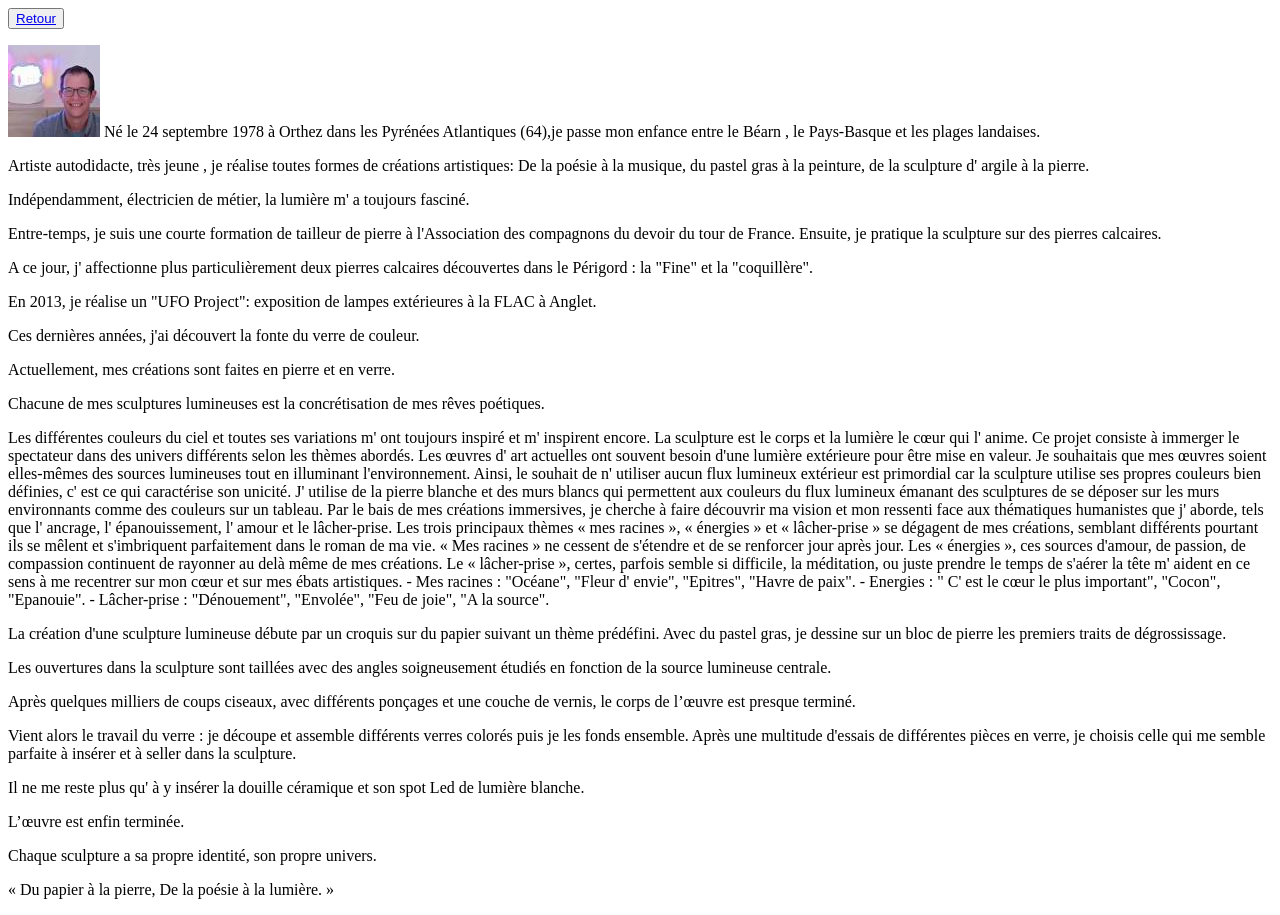
Repository: lysianebo/EricBidart
Page: presentation_more.html
The author's editor kept a copy of each file at every save. The page is drawn from the files as they stood at one save, then again after the next save.
The browser window is 1280 px wide. The pictures show the whole page.

Above is the page before, as saved 2023-10-29 07:35:05.

### presentation_more.html
<!DOCTYPE html>
<html lang="en">
<head>
    <meta charset="UTF-8">
    <meta name="viewport" content="width=device-width, initial-scale=1.0">
    <title>Document</title>
    <link rel="stylesheet" href="public/css/style.css">
</head>
<body>
    <button class="back-button"><a href="presentation.html">Retour</a></button>
    <div class="hidden" id="presentation-content">
        <p class="text"><img src="public/images/happy_moi.jpeg" alt=""> Né le 24 septembre 1978 à Orthez dans les Pyrénées Atlantiques (64),je passe mon enfance entre le Béarn , le Pays-Basque et les plages landaises.</p>
        <p> Artiste autodidacte, très jeune , je réalise toutes formes de créations artistiques: De la poésie à la musique, du pastel gras à la peinture, de la sculpture d' argile à la pierre.</p>
        <p> Indépendamment, électricien de métier, la lumière m' a toujours fasciné.</p>
        <p> Entre-temps, je suis une courte formation de tailleur de pierre à l'Association des compagnons du devoir du
            tour de France. Ensuite, je pratique la sculpture sur des pierres calcaires.</p>
        <p> A ce jour, j' affectionne plus particulièrement deux pierres calcaires découvertes dans le Périgord : la
            "Fine" et la "coquillère".</p>
        <p> En 2013, je réalise un "UFO Project": exposition de lampes extérieures à la FLAC à Anglet.</p>
        <p> Ces dernières années, j'ai découvert la fonte du verre de couleur.</p>
        <p> Actuellement, mes créations sont faites en pierre et en verre.</p>
        <p>Chacune de mes sculptures lumineuses est la concrétisation de mes rêves poétiques.</p>
    </div>
    <div class="hidden"id="demarche-content">
        <p>Les différentes couleurs du ciel et toutes ses variations m' ont toujours inspiré et m' inspirent encore.

            La sculpture est le corps et la lumière le cœur qui l' anime.



            Ce projet consiste à immerger le spectateur dans des univers différents selon les thèmes abordés.

            Les œuvres d' art actuelles ont souvent besoin d'une lumière extérieure pour être mise en valeur.

            Je souhaitais que mes œuvres soient elles-mêmes des sources lumineuses tout en illuminant l'environnement.

            Ainsi, le souhait de n' utiliser aucun flux lumineux extérieur est primordial car la sculpture utilise ses
            propres couleurs bien définies, c' est ce qui caractérise son unicité.



            J' utilise de la pierre blanche et des murs blancs qui permettent aux couleurs du flux lumineux émanant des
            sculptures de se déposer sur les murs environnants comme des couleurs sur un tableau.

            Par le bais de mes créations immersives, je cherche à faire découvrir ma vision et mon ressenti face aux
            thématiques humanistes que j' aborde, tels que l' ancrage, l' épanouissement, l' amour et le lâcher-prise.



            Les trois principaux thèmes « mes racines », « énergies » et « lâcher-prise » se dégagent de mes créations,
            semblant différents pourtant ils se mêlent et s'imbriquent parfaitement dans le roman de ma vie.

            « Mes racines » ne cessent de s'étendre et de se renforcer jour après jour.

            Les « énergies », ces sources d'amour, de passion, de compassion continuent de rayonner au delà même de mes
            créations.

            Le « lâcher-prise », certes, parfois semble si difficile, la méditation, ou juste prendre le temps de s'aérer la
            tête m' aident en ce sens à me recentrer sur mon cœur et sur mes ébats artistiques.

            - Mes racines : "Océane", "Fleur d' envie", "Epitres", "Havre de paix".

            - Energies : " C' est le cœur le plus important", "Cocon", "Epanouie".

            - Lâcher-prise : "Dénouement", "Envolée", "Feu de joie", "A la source".

        </p>
    </div>
    <div class="hidden"
        id="technique-content">
        <p>La création d'une sculpture lumineuse débute par un croquis sur du papier suivant un thème prédéfini. Avec du
            pastel gras, je dessine sur un bloc de pierre les premiers traits de dégrossissage. </p>
        <p>Les ouvertures dans la sculpture sont taillées avec des angles soigneusement étudiés en fonction de la source
            lumineuse centrale.</p>
        <p>Après quelques milliers de coups ciseaux, avec différents ponçages et une couche de vernis,
            le corps de l’œuvre est presque terminé.</p>
        <p> Vient alors le travail du verre : je découpe et assemble différents verres colorés puis je les fonds ensemble.
            Après une multitude d'essais de différentes pièces en verre, je choisis celle qui me semble parfaite à insérer
            et à seller dans la sculpture.</p>
        <p>Il ne me reste plus qu' à y insérer la douille céramique et son spot Led de lumière blanche.</p>
        </p>
        <p> L’œuvre est enfin terminée.</p>


        <p> Chaque sculpture a sa propre identité, son propre univers.</p>

        <p> « Du papier à la pierre, De la poésie à la lumière. »</p>
    </div>

    </div>
</body>
</html>

### public/css/style.css
/* @import url("https://fonts.googleapis.com/css2?family=Belanosima:wght@400;700&family=Noto+Sans&family=Outfit&family=Rubik:wght@400;500;700&display=swap"); */
/*# sourceMappingURL=style.css.map */

After the next save:
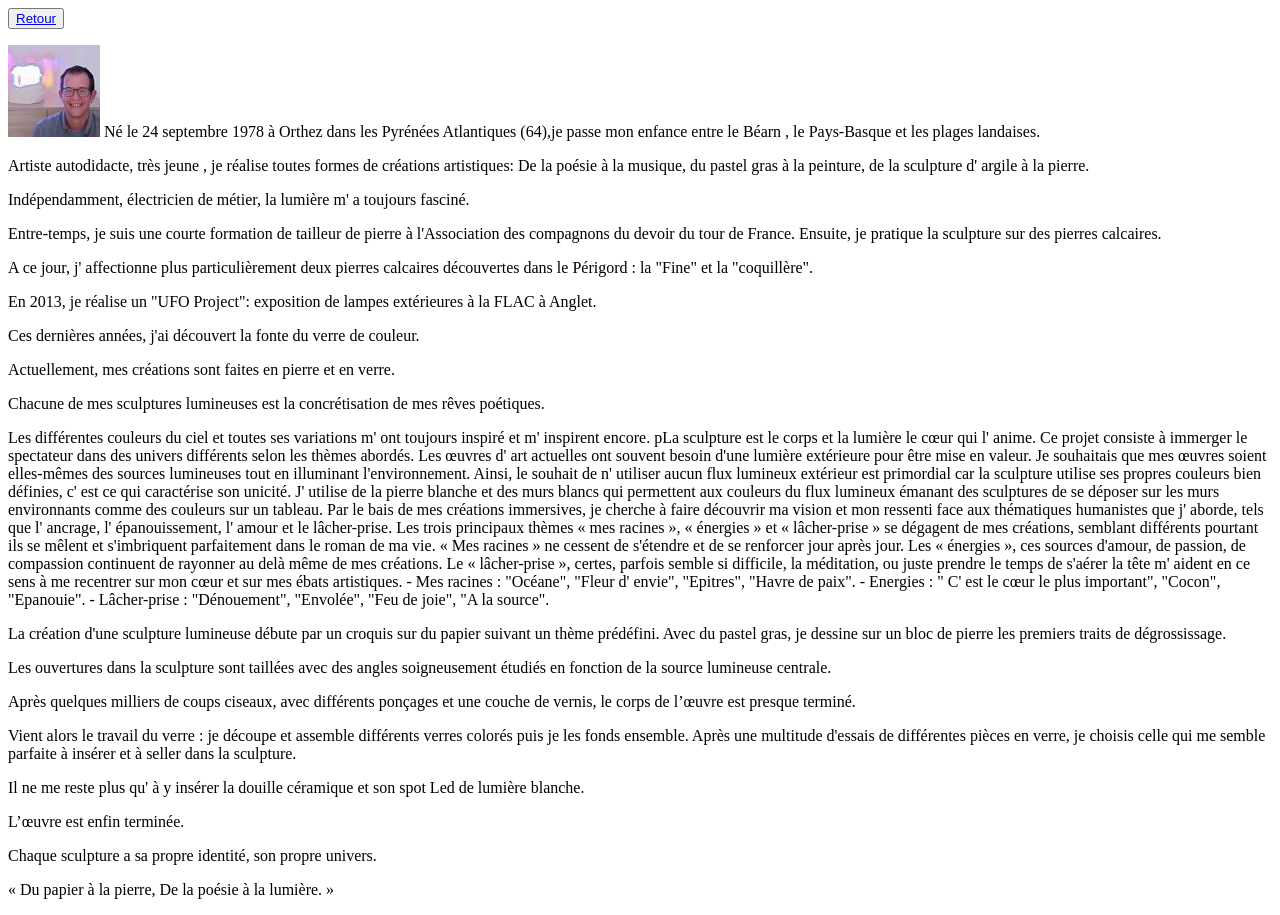
Saved 21 s later.
--- a/presentation_more.html
+++ b/presentation_more.html
@@ -21,10 +21,10 @@
         <p> Actuellement, mes créations sont faites en pierre et en verre.</p>
         <p>Chacune de mes sculptures lumineuses est la concrétisation de mes rêves poétiques.</p>
     </div>
-    <div class="hidden"id="demarche-content">
+    <div class="hidden" id="demarche-content">
         <p>Les différentes couleurs du ciel et toutes ses variations m' ont toujours inspiré et m' inspirent encore.
 
-            La sculpture est le corps et la lumière le cœur qui l' anime.
+            pLa sculpture est le corps et la lumière le cœur qui l' anime.
 
 
 
